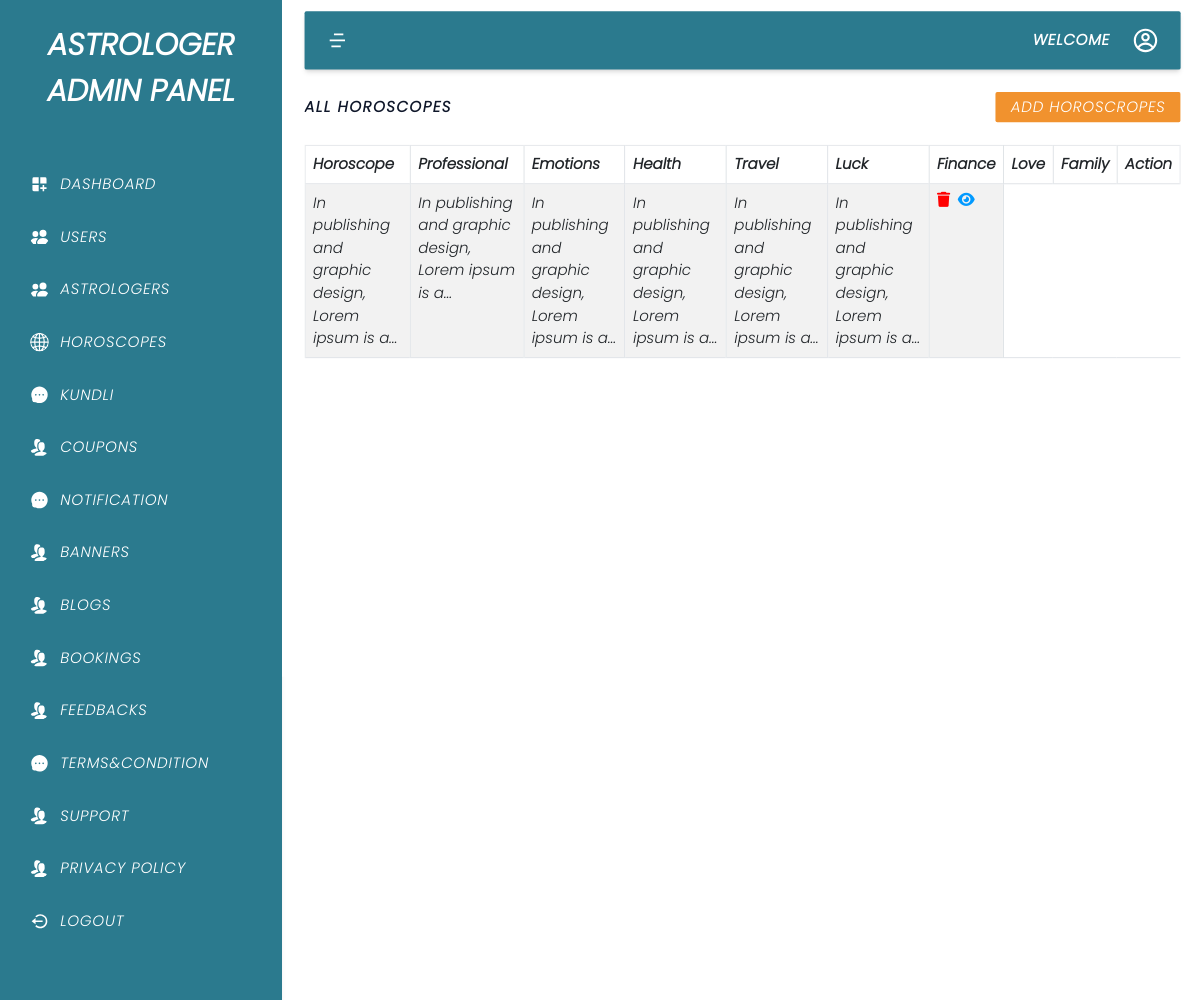
Repository: FlyweisReact/Hariom-Admin-Panel
Page: /horo
An editor plug-in stored every save of this project. The page is shown before and after the next save, followed by the edit.
The browser window is 1280 px wide. The pictures show the whole page, at 94% of full size.
The page's requests for data from a server got no answer. Some web libraries are served in a nearby version. The project was rebuilt for these pictures with package versions that can differ from the ones it lists, and the page was loaded fresh each time. No one was signed in, and anything a server would have sent is missing. Also part of the build but not shown: src/vendorPanel/forms/VendorLogin.jsx, src/vendorPanel/pages/AdminDiscount.js, src/vendorPanel/pages/AdminReview.js, src/vendorPanel/pages/Astrologers.js, src/vendorPanel/pages/Banners.js, src/vendorPanel/pages/Booking.js, src/vendorPanel/pages/Kundli.js, src/vendorPanel/pages/Message.js and 23 more.

Above is the page before, as saved 2023-04-18 13:22:00.

### public/index.html
<!-- @format -->

<!DOCTYPE html>
<html lang="en">
  <head>
    <meta charset="utf-8" />
    <meta name="viewport" content="width=device-width, initial-scale=1" />
    <meta name="theme-color" content="#000000" />
    <meta
      name="description"
      content="Web site created using create-react-app"
    />
    <link rel="apple-touch-icon" href="%PUBLIC_URL%/favicon.ico?v=2" />
    <link rel="manifest" href="%PUBLIC_URL%/manifest.json" />
    <link rel="preconnect" href="https://fonts.googleapis.com">
<link rel="preconnect" href="https://fonts.gstatic.com" crossorigin>
<link href="https://fonts.googleapis.com/css2?family=Roboto+Mono:ital,wght@1,300&display=swap" rel="stylesheet">
    <title>HariOm</title>
  </head>
  <body>
    <noscript>You need to enable JavaScript to run this app.</noscript>
    <div id="root"></div>
    <script src="https://code.jquery.com/jquery-3.6.0.min.js"></script>
    <script src="https://kit.fontawesome.com/b533b351e4.js" crossorigin="anonymous"></script>
  </body>
</html>

### src/index.js
import React from "react";
import ReactDOM from "react-dom/client";
import "./index.css";
import App from "./App";
import { BrowserRouter } from "react-router-dom";
import 'bootstrap/dist/css/bootstrap.min.css'

const root = ReactDOM.createRoot(document.getElementById("root"));
root.render(
  <React.StrictMode>
    <BrowserRouter>
      <App />
    </BrowserRouter>
  </React.StrictMode>
);

### src/index.css
/** @format */

@tailwind base;
@tailwind components;
@tailwind utilities;
@import url("https://fonts.googleapis.com/css2?family=Roboto+Mono:ital,wght@1,300&display=swap");
@font-face {
  font-family: Roboto;
  src: url("./Fonts/Poppins-LightItalic.ttf");
}
body {
  margin: 0;
  font-family: Roboto !important;
  -webkit-font-smoothing: antialiased;
  -moz-osx-font-smoothing: grayscale;
}

code {
  font-family: Roboto !important;
}

html {
  font-family: Roboto !important;
}

::-webkit-scrollbar {
  width: 10px;
}
.fa-trash {
  color: red;
  cursor: pointer;
}

.iCOn {

  transition: 0.5s;
  box-shadow: none;
  transform: scale(1);
}
.cardDiv{
  cursor: pointer;
}

.cardDiv:hover .iCOn{
  box-shadow: rgba(0, 0, 0, 0.35) 0px 5px 15px;
  transform: scale(1.3);
}

/* Track */
::-webkit-scrollbar-track {
  background: #f1f1f1;
}

/* Handle */
::-webkit-scrollbar-thumb {
  background: #888;
}

/* Handle on hover */
::-webkit-scrollbar-thumb:hover {
  background: #555;
}
.profileImage {
  width: 100px;
}
.fa-eye {
  color: #029aff;
  cursor: pointer;
}
.fa-edit {
  cursor: pointer;
  color: blue;
}

.View {
  border: 1px solid black;
  width: 100%;
  padding: 10px;
}

.main-card--container {
  display: grid;
  grid-template-columns: repeat(3, minmax(300px, 500px));
  grid-gap: 50px;
  justify-content: space-around;
}
.card-container {
  margin: 25px 0 auto;
  box-shadow: rgba(0, 0, 0, 0.35) 0px 5px 15px;
  position: relative;
  display: grid;
  grid-template-columns: 1fr;
  justify-content: space-around;
  align-items: flex-start;
}

.myEdit:focus {
  box-shadow: rgba(0, 0, 0, 0.35) 0px 5px 15px;
}



.AstroLogin{
  color: #fff;
  background-color: #2b7a8e;
  padding: 10px;
  width: 380px;
  text-align: center;
  font-size: 20px;
  background: linear-gradient(to left, #2b7a8e 50%, #fff 50%) right;
  background-size: 200%;
  transition: 0.5s ease-out;
  border: 1px solid #2b7a8e;
  margin-top: 10px;
  text-transform: uppercase;
}
.AstroLogin:hover {
  background-position: left;
  color: #2b7a8e;
}

.EcommerceAdminLogin{
  color: #fff;
  background-color: #19376d ;
  padding: 10px;
  width: 380px;
  text-align: center;
  font-size: 20px;
  background: linear-gradient(to left, #19376d 50%, #fff 50%) right;
  background-size: 200%;
  transition: 0.5s ease-out;
  border: 1px solid #19376d;
  margin-top: 10px;
  text-transform: uppercase;
}

.EcommerceAdminLogin:hover{
  background-position: left;
  color: #19376d;
}
.EcommerceVendorLogin{
  color: #fff;
  background-color: #576cbc;
  padding: 10px;
  width: 380px;
  text-align: center;
  font-size: 20px;
  background: linear-gradient(to left, #576cbc 50%, #fff 50%) right;
  background-size: 200%;
  transition: 0.5s ease-out;
  border: 1px solid #576cbc;
  margin-top: 10px;
  text-transform: uppercase;
}

.EcommerceVendorLogin:hover{
  background-position: left;
  color: #576cbc;
}

### src/vendorPanel/pages/Horoscope.js
/** @format */

import React, { useEffect, useState } from "react";
import HOC from "../layout/HOC";
import { Table, Modal, Form, Button } from "react-bootstrap";
import { toast } from "react-toastify";
import axios from "axios";

const Horoscope = () => {
  const [modalShow, setModalShow] = React.useState(false);
  const [edit, setEdit] = useState(false);

  const [data, setData] = useState([]);

  const fetchData = async () => {
    try {
      const { data } = await axios.get(
        "https://xlweh818ib.execute-api.ap-south-1.amazonaws.com/dev/horoscope"
      );
      setData(data)
    } catch (e) {
      console.log(e);
    }
  };


  useEffect(() => {
    fetchData()
  },[])

  function MyVerticallyCenteredModal(props) {
    return (
      <Modal
        {...props}
        size="lg"
        aria-labelledby="contained-modal-title-vcenter"
        centered
      >
        <Modal.Header closeButton>
          <Modal.Title
            id="contained-modal-title-vcenter"
            style={{ textTransform: "uppercase" }}
          >
            {" "}
            Add Horoscope
          </Modal.Title>
        </Modal.Header>
        <Modal.Body>
          {edit ? (
            <>
              <p className="View">
                {" "}
                <strong>Professional</strong> : In publishing and graphic
                design, Lorem ipsum is a placeholder text commonly used to
                demonstrate the visual form of a document or a typeface without
                relying on meaningful content. Lorem ipsum may be used as a
                placeholder before final copy is available{" "}
              </p>
              <p className="View">
                {" "}
                <strong>Emotions</strong> : In publishing and graphic design,
                Lorem ipsum is a placeholder text commonly used to demonstrate
                the visual form of a document or a typeface without relying on
                meaningful content. Lorem ipsum may be used as a placeholder
                before final copy is available{" "}
              </p>
              <p className="View">
                {" "}
                <strong>Health</strong> : In publishing and graphic design,
                Lorem ipsum is a placeholder text commonly used to demonstrate
                the visual form of a document or a typeface without relying on
                meaningful content. Lorem ipsum may be used as a placeholder
                before final copy is available{" "}
              </p>
              <p className="View">
                {" "}
                <strong>Finance</strong> : In publishing and graphic design,
                Lorem ipsum is a placeholder text commonly used to demonstrate
                the visual form of a document or a typeface without relying on
                meaningful content. Lorem ipsum may be used as a placeholder
                before final copy is available{" "}
              </p>
              <p className="View">
                {" "}
                <strong>Love</strong> : In publishing and graphic design, Lorem
                ipsum is a placeholder text commonly used to demonstrate the
                visual form of a document or a typeface without relying on
                meaningful content. Lorem ipsum may be used as a placeholder
                before final copy is available{" "}
              </p>
              <p className="View">
                {" "}
                <strong>Family</strong> : In publishing and graphic design,
                Lorem ipsum is a placeholder text commonly used to demonstrate
                the visual form of a document or a typeface without relying on
                meaningful content. Lorem ipsum may be used as a placeholder
                before final copy is available{" "}
              </p>
            </>
          ) : (
            <Form>
              <Form.Group className="mb-3">
                <Form.Label>Professional</Form.Label>
                <Form.Control type="text" />
              </Form.Group>
              <Form.Group className="mb-3">
                <Form.Label>Emotions</Form.Label>
                <Form.Control type="text" />
              </Form.Group>
              <Form.Group className="mb-3">
                <Form.Label>Health</Form.Label>
                <Form.Control type="text" />
              </Form.Group>
              <Form.Group className="mb-3">
                <Form.Label>Finance</Form.Label>
                <Form.Control type="text" />
              </Form.Group>
              <Form.Group className="mb-3">
                <Form.Label>Love</Form.Label>
                <Form.Control type="text" />
              </Form.Group>
              <Form.Group className="mb-3">
                <Form.Label>Family</Form.Label>
                <Form.Control type="text" />
              </Form.Group>
              <Button variant="outline-success" type="submit">
                Submit
              </Button>
            </Form>
          )}
        </Modal.Body>
      </Modal>
    );
  }

  const Lorem =
    "In publishing and graphic design, Lorem ipsum is a placeholder text commonly used to demonstrate the visual form of a document or a typeface without relying on meaningful content. Lorem ipsum may be used as a placeholder before final copy is available  ";

  return (
    <>
      <MyVerticallyCenteredModal
        show={modalShow}
        onHide={() => setModalShow(false)}
      />

      <section>
        <div className="pb-4 sticky top-0  w-full flex justify-between items-center bg-white">
          <span className="tracking-widest text-slate-900 font-semibold uppercase ">
            ALl Horoscopes
          </span>
          <button
            onClick={() => {
              setEdit(false);
              setModalShow(true);
            }}
            className="md:py-2 px-3 md:px-4 py-1 rounded-sm bg-[rgb(241,146,46)] text-white tracking-wider"
            style={{ textTransform: "uppercase" }}
          >
            Add Horoscropes
          </button>
        </div>

        <Table striped bordered hover>
          <thead>
            <tr>
              <th>Horoscope</th>
              <th>Professional</th>
              <th>Emotions</th>
              <th>Health</th>
              <th>Travel</th>
              <th>Luck</th>
              <th>Finance</th>
              <th>Love</th>
              <th>Family</th>
              <th>Action</th>
            </tr>
          </thead>
          <tbody>
          {data?.details?.map((i , index) => (
            <tr key={index}>
              <td> {i.horoScope} </td>
              <td> {i.PROFESSION} </td>
              <td> {i.EMOTIONS} </td>
              <td> {i.HEALTH} </td>
              <td> {i.TRAVEL} </td>
              <td> {i.LUCK} </td>
              <td> {i.duration} </td>
              <td> {i.rashi} </td>
              <td> {i.date} </td>
            </tr>
          ))}
            <tr>
              <td> {Lorem.substring(0, 50) + "..."} </td>
              <td> {Lorem.substring(0, 50) + "..."} </td>
              <td> {Lorem.substring(0, 50) + "..."} </td>
              <td> {Lorem.substring(0, 50) + "..."} </td>
              <td> {Lorem.substring(0, 50) + "..."} </td>
              <td> {Lorem.substring(0, 50) + "..."} </td>
              <td>
                <span className="d-flex gap-2">
                  <i
                    className="fa-solid fa-trash"
                    onClick={() =>
                      toast.success("Horoscope Deleted Successfully")
                    }
                  />
                  <i
                    className="fa-solid fa-eye"
                    onClick={() => {
                      setEdit(true);
                      setModalShow(true);
                    }}
                  />
                </span>
              </td>
            </tr>
          </tbody>
        </Table>
      </section>
    </>
  );
};

export default HOC(Horoscope);

### src/vendorPanel/layout/HOC.jsx
import React, { useState } from "react";
import Navbar from "./Navbar";
import Sidebar from "./Sidebar";

const HOC = (Wcomponenet) => {
  return function Component() {
    const [hamb, setHamb] = useState(false);
    return (
      <>
        <section className="flex overflow-x-hidden relative">
          {/* Sidebar */}
          <div
            className={
              hamb
                ? " absolute top-0 z-30 md:w-auto shadow-md bg-slate-200  w-60 transition-all md:-left-full left duration-150  h-auto overflow-y-auto  left-0 "
                : " md:w-72 z-30 bg-slate-200  shadow-md  md:static absolute top-0 -left-full   transition-all duration-150  overflow-y-auto h-auto"
            }
            style={{minWidth : '300px'}}
          >
            <Sidebar hamb={hamb} setHamb={setHamb} />
          </div>
          {/* Components & Navbar */}
          <div
            className={
              hamb
                ? " transition-all px-4 py-2  bg-white duration-150 w-full h-screen"
                : " w-full h-screen  px-4 py-2  bg-white z-50 transition-all duration-150 "
            }
          >
            <Navbar hamb={hamb} setHamb={setHamb} />
            <div className="my-6 text-#000 h-[87%] wcomp overflow-y-auto">
              <Wcomponenet />
            </div>
          </div>
        </section>
      </>
    );
  };
};

export default HOC;

### src/vendorPanel/layout/Navbar.jsx
/** @format */

import { RiMenu4Line } from "react-icons/ri";
import { CgProfile } from "react-icons/cg";
import Form from "react-bootstrap/Form";
import { useState } from "react";
import Button from "react-bootstrap/Button";
import Modal from "react-bootstrap/Modal";
import Container from "react-bootstrap/Container";

function MyVerticallyCenteredModal(props) {
  return (
    <Modal
      {...props}
      size="lg"
      aria-labelledby="contained-modal-title-vcenter"
      centered
    >
      <Modal.Header closeButton>
        <Modal.Title id="contained-modal-title-vcenter">
          Edit Profile
        </Modal.Title>
      </Modal.Header>
      <Modal.Body>
        <Container style={{ width: "600px" }}>
          <Form>
            <Form.Group className="mb-3" controlId="formBasicEmail">
              <Form.Label>Name</Form.Label>
              <Form.Control type="text" placeholder="Admin" />
            </Form.Group>
            <Form.Group className="mb-3" controlId="formBasicPassword">
              <Form.Label>Email Address</Form.Label>
              <Form.Control type="email" placeholder="admin@gmail.com" />
            </Form.Group>
            <Form.Group className="mb-3" controlId="formBasicPassword">
              <Form.Label>Password</Form.Label>
              <Form.Control type="password" placeholder="Password" />
            </Form.Group>
            <Button variant="outline-success" type="submit">
              Edit
            </Button>
          </Form>
        </Container>
      </Modal.Body>
    </Modal>
  );
}

const Navbar = ({ hamb, setHamb }) => {
  const [modalShow, setModalShow] = useState(false);

  return (
    <>
      <MyVerticallyCenteredModal
        show={modalShow}
        onHide={() => setModalShow(false)}
      />

      <div
        className={
          hamb
            ? "flex  w-full justify-between  my-1 rounded-sm  p-4 py-3 shadow-md items-center  bg-slate-200 space-x-4"
            : "flex  w-full justify-between my-1 rounded-sm  p-4 py-3 shadow-md items-center  bg-slate-200 space-x-4"
        }
        style={{backgroundColor : '#2b7a8e'}}
      >
        <RiMenu4Line
          onClick={() => setHamb(!hamb)}
          className="text-2xl font-bold text-gray-900 hover:scale-90 cursor-pointer"
          style={{color : '#fff'}}
        />

        <section className="flex sm:ml-auto justify-end sm:w-full items-center space-x-2  pr-2">
          <figcaption className="tracking-wider pl-1 font-semibold">
            <div className="lg:text-base text-sm text-gray-900  uppercase"    style={{color : '#fff'}}>
              Welcome
            </div>
          </figcaption>
        </section>

        <CgProfile
          onClick={() => setModalShow(true)}
          className="text-2xl sm:text-3xl font-bold text-[rgb(241,146,46)] cursor-pointer"
          style={{color : '#fff'}}
        />
      </div>
    </>
  );
};

export default Navbar;

### src/vendorPanel/layout/Sidebar.jsx
/** @format */

import React from "react";
import { RiCloseLine } from "react-icons/ri";
import { Link, useNavigate } from "react-router-dom";
import { BsFillPeopleFill } from "react-icons/bs";
import { ImUsers } from "react-icons/im";
import { BiLogOutCircle } from "react-icons/bi";
import { MdDashboardCustomize } from "react-icons/md";
import { BsGlobe2 } from "react-icons/bs";
import { AiFillMessage } from "react-icons/ai";

const Sidebar = ({ hamb, setHamb }) => {
  const navigate = useNavigate();

  const nav = [
    {
      icon: <MdDashboardCustomize className="text-xl mr-3 rounded-full " />,
      link: "/vendorDashboard",
      name: "DASHBOARD",
    },
    {
      icon: <BsFillPeopleFill className="text-xl mr-3 rounded-full " />,
      link: "/admin/users",
      name: "USERS",
    },
    {
      icon: <BsFillPeopleFill className="text-xl mr-3 rounded-full " />,
      link: "/astro",
      name: "ASTROLOGERS",
    },
    {
      icon: <BsGlobe2 className="text-xl mr-3 rounded-full " />,
      link: "/horo",
      name: " HOROSCOPES",
    },
    {
      icon: <AiFillMessage className="text-xl mr-3 rounded-full " />,
      link: "/kundli",
      name: "KUNDLI",
    },

    {
      icon: <ImUsers className="text-xl mr-3 rounded-full " />,
      link: "/AdminDiscount",
      name: "COUPONS",
    },


    {
      icon: <AiFillMessage className="text-xl mr-3 rounded-full " />,
      link: "/msg",
      name: "NOTIFICATION",
    },
    {
      icon: <ImUsers className="text-xl mr-3 rounded-full " />,
      link: "/Banners",
      name: "BANNERS",
    },
    {
      icon: <ImUsers className="text-xl mr-3 rounded-full " />,
      link: "/admin/blogs",
      name: "BLOGS",
    },
    {
      icon: <ImUsers className="text-xl mr-3 rounded-full " />,
      link: "/book",
      name: "BOOKINGS",
    },
    {
      icon: <ImUsers className="text-xl mr-3 rounded-full " />,
      link: "/adminReviews",
      name: "FEEDBACKS",
    },
    {
      icon: <AiFillMessage className="text-xl mr-3 rounded-full " />,
      link: "/admin/terms",
      name: "TERMS&CONDITION",
    },
    {
      icon: <ImUsers className="text-xl mr-3 rounded-full " />,
      link: "/admin/support",
      name: "SUPPORT",
    },
    {
      icon: <ImUsers className="text-xl mr-3 rounded-full " />,
      link: "/privacy-policy",
      name: "PRIVACY POLICY",
    },

  ];

  const logOut = () => {
    navigate("/");
  };

  return (
    <>
      <aside
        className="p-4 h-auto"
        style={{ backgroundColor: "#2b7a8e", minHeight: "100vh" }}
      >
        {/* Top */}
        <div className="w-full md:hidden relative  p-2 mb-4">
          <RiCloseLine
            onClick={() => setHamb(!hamb)}
            className="text-3xl  absolute top-2 sm:hover:rotate-[228deg] transition-transform font-bold right-2 sm:hover:text-[22px] text-[rgb(241,146,46)] cursor-pointer"
          />
        </div>{" "}
        <figure className="flex  flex-col items-center">
          <span className="font-bold text-[#fff]" style={{ fontSize: "2rem"  , textAlign : 'center'}}>
          ASTROLOGER  ADMIN PANEL
          </span>
        </figure>
        <nav className="py-6">
          {nav.map((nav) => {
            return (
              <Link
                to={nav.link}
                key={nav.name}
                className=""
                style={{ textDecoration: "none" }}
              >
                <span
                  className="flex my-3 items-center cursor-pointer text-gray-900    tracking-wider p-2 rounded-sm"
                  style={{ color: "#fff" }}
                >
                  {nav.icon} {nav.name}
                </span>
              </Link>
            );
          })}
          <span
            className="flex my-3 items-center cursor-pointer text-gray-900    tracking-wider p-2 rounded-sm"
            onClick={() => logOut()}
            style={{ color: "#fff", textTransform : 'uppercase' }}
          >
            <BiLogOutCircle className="text-xl mr-3 rounded-full " /> LogOut
          </span>
        </nav>
      </aside>
    </>
  );
};

export default Sidebar;

Loaded but not shown: tailwind.config.js (common file); src/App.js (79 lines, source omitted)

After the next save:
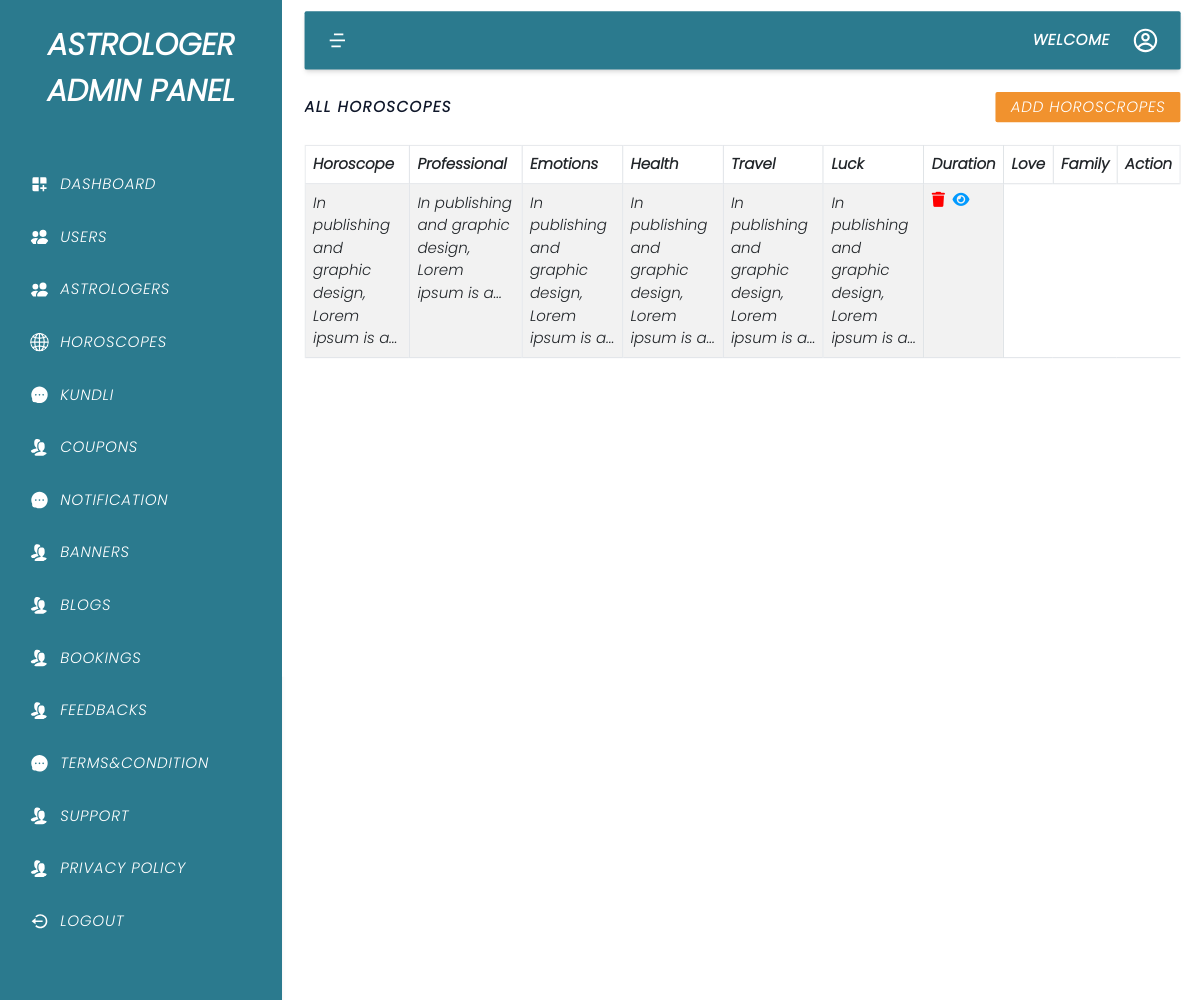
Saved 6 s later.
--- a/src/vendorPanel/pages/Horoscope.js
+++ b/src/vendorPanel/pages/Horoscope.js
@@ -169,7 +169,7 @@ const Horoscope = () => {
               <th>Health</th>
               <th>Travel</th>
               <th>Luck</th>
-              <th>Finance</th>
+              <th>Duration</th>
               <th>Love</th>
               <th>Family</th>
               <th>Action</th>
